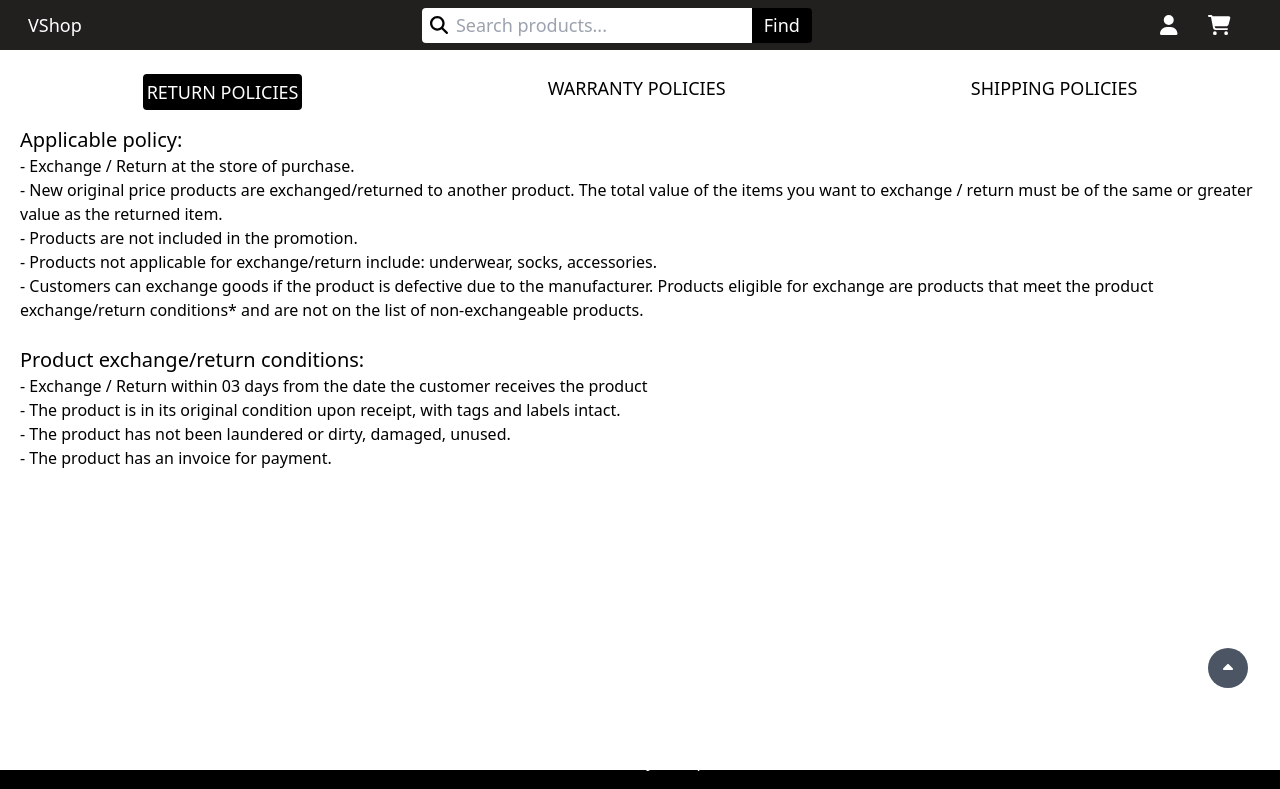
Repository: Kith933UTH/VSHOP
Page: /return-policy
These files come from the project's save history. The page is drawn as it stood at one moment and after the next save; the edit follows.
The browser window is 1280 px wide. The pictures show the whole page.
Pictures or frames that could not be fetched are drawn as grey boxes. The page's requests for data from a server got no answer. The project was rebuilt for these pictures with package versions that can differ from the ones it lists, and the page was loaded fresh each time. No one was signed in, and anything a server would have sent is missing. Also part of the build but not shown: src/components/product-item/ProductItem.js, src/components/loader/Loader.js, src/constants/constants.js, src/components/product-filters/Category.js, src/components/product-filters/Price.js, src/components/product-filters/Rating.js, src/components/product-filters/ProductFilters.js, src/components/cart-shopping/CartEmpty.js and 16 more.

Above is the page before, as saved 2023-08-02 16:18:58.

### public/index.html
<!DOCTYPE html>
<html lang="en">
  <head>
    <meta charset="utf-8" />
    <link rel="icon" href="./logo.png" />
    <meta name="viewport" content="width=device-width, initial-scale=1" />
    <meta name="theme-color" content="#000000" />
    <meta
      name="description"
      content="Web site created using create-react-app"
    />
    <link rel="apple-touch-icon" href="%PUBLIC_URL%/logo192.png" />
    <!--
      manifest.json provides metadata used when your web app is installed on a
      user's mobile device or desktop. See https://developers.google.com/web/fundamentals/web-app-manifest/
    -->
    <link rel="manifest" href="%PUBLIC_URL%/manifest.json" />
    <!--
      Notice the use of %PUBLIC_URL% in the tags above.
      It will be replaced with the URL of the `public` folder during the build.
      Only files inside the `public` folder can be referenced from the HTML.

      Unlike "/favicon.ico" or "favicon.ico", "%PUBLIC_URL%/favicon.ico" will
      work correctly both with client-side routing and a non-root public URL.
      Learn how to configure a non-root public URL by running `npm run build`.
    -->
    <title>VShop</title>
  </head>
  <body>
    <noscript>You need to enable JavaScript to run this app.</noscript>
    <div id="root"></div>
  </body>
</html>

### src/index.js
import React from 'react'
import ReactDOM from 'react-dom/client'
import App from './App'
import {Provider} from "react-redux"
import {BrowserRouter} from "react-router-dom"
import {store} from "./redux"
import './index.css'

const root = ReactDOM.createRoot(document.getElementById('root'))
root.render(
    <Provider store={store}>
        <BrowserRouter>
            <App />
        </BrowserRouter>
    </Provider>
)

### src/App.js
import React from "react"
import { useState } from "react"
import {Context} from "./context/context"
import {Route, Routes} from "react-router-dom"
import {HomePage} from "./pages/HomePage"
import {ProductOverView} from "./pages/ProductOverView"
import {Header} from "./components/header/Header"
import {Footer} from "./components/footer/Footer"
import {BtnScroll} from "./components/btn-scroll/BtnScroll"
import { LoginPage } from "./components/login/LoginPage"
import { RegisterPage } from "./components/login/RegisterPage"
import { PrivatePage } from "./pages/PrivatePage"
import { ProductOverViewPrivate } from "./pages/ProductOverViewPrivate"
import { ReturnPolicy } from "./components/policy/ReturnPolicy"
import { WarrantyPolicy } from "./components/policy/WarrantyPolicy"
import { ShippingPolicy } from "./components/policy/ShippingPolicy"
import { AdminPage } from "./pages/AdminPage"
export default function App() {
    const productId = {id: 0}
    return (
        <main>
            <Context.Provider value={productId}>
                {/* <Header /> */}
                <Routes>
                    <Route path='/private' element={ <PrivatePage /> }/>
                    <Route path='/' element={ <HomePage /> }/>
                    <Route path='/products/:id' element={ <ProductOverView /> }/>
                    <Route path='/private/private/products/:id' element={ <ProductOverViewPrivate /> }/>
                    <Route path="/login" element={ <LoginPage /> } />
                    <Route path="/register" element={ <RegisterPage /> } />
                    <Route path="/return-policy" element={ <ReturnPolicy /> } />
                    <Route path="/warranty-policy" element={ <WarrantyPolicy /> } />
                    <Route path="/shipping-policy" element={ <ShippingPolicy /> } />
                    <Route path="/admin" element={ <AdminPage /> } />
                </Routes>
                <BtnScroll />
                <Footer/>
            </Context.Provider>
        </main>
    )
}

### src/redux/index.js
import {configureStore} from "@reduxjs/toolkit"
import {productsApi} from "./products/products.api"
import {productReducer} from "./products/products.slice"
import {setupListeners} from "@reduxjs/toolkit/query"

export const store = configureStore({
    reducer: {
        [productsApi.reducerPath]: productsApi.reducer,
        product: productReducer
    },
    middleware: getDefaultMiddleware => getDefaultMiddleware().concat(productsApi.middleware)
})

setupListeners(store.dispatch)

### src/index.css
@tailwind base;
@tailwind components;
@tailwind utilities;

@layer utilities {
    input[type="number"]::-webkit-inner-spin-button,
    input[type="number"]::-webkit-outer-spin-button {
        @apply appearance-none;
    }
}

html, body {
    width: 100%;
    height: 100%;
}

body::-webkit-scrollbar,
.box-item::-webkit-scrollbar,
.search-box::-webkit-scrollbar{
    width: 8px;
}

main {
    display: flex;
    flex-direction: column;
    height: 100%;
}

body::-webkit-scrollbar-thumb,
.box-item::-webkit-scrollbar-thumb,
.search-box::-webkit-scrollbar-thumb{
    background-color: #ccc;
    border-radius: 20px;
}

#root {
    height: 100%;
}

body {
    overflow: hidden;
}

.productItem:hover {
    transition: opacity .3s linear;
    opacity: .5;
}

.box-item {
    height: 320px;
    overflow-y: scroll;
}

/* Loader */
.loader-box {
    width: 100px;
    height: 100px;
    display: flex;
    justify-content: center;
    align-items: center;
    margin: 50px auto 0;
}

.loader{
    position: relative;
    width: 70px;
    height: 70px;
}

.loader span {
    position: absolute;
    top:0;
    left: 0;
    width: 100%;
    height: 100%;
    transform: rotate(calc(18deg * var(--i)));
}

.loader span::before {
    content:'';
    position: absolute;
    top: 0;
    left: 0;
    width: 10px;
    height: 10px;
    background: #000;
    border-radius: 50%;
    transform: scale(0);
    animation: animate 2s linear infinite;
    animation-delay: calc(0.1s * var(--i));
}
@keyframes animate {
    0%{
        transform: scale(0);
    }
    10%{
        transform: scale(1.2);
    }
    80%,100%{
        transform: scale(0);
    }
}

### src/context/context.js
import {createContext} from "react"

export const Context = createContext()

### src/components/footer/Footer.js
import React from "react"
import { Contact } from "../contact/Contact"
import { Policy } from "../policy/Policy"
export function Footer() {
    return (
        <footer className='bg-black text-white in-h-fit'>
            {/* <div className='max-w-[1240px] mx-auto py-2 text-sm sm:text-base'>
                <div className='flex justify-center'>
                    <a href='https://github.com/VolodymyrGoshko/react-shop'
                       target='_blank'
                       rel="noreferrer"
                       className='capitalize border-b mb-3 text-base hover:text-gray-300 transition'
                    >
                        view source code on github
                    </a>
                </div>
                <div className='flex justify-center flex-col items-center'>
                    <p className='text-center'>© Copyright 2022 React Shop | All Rights Reserved</p>
                    <a href='https://www.linkedin.com/in/volodymyr-goshko-656ab920b/'
                       target="_blank"
                       rel="noreferrer"
                       className='hover:text-gray-300 transition'
                    >
                        Created by Volodymyr Goshko
                    </a>
                </div>
            </div> */}
            <Contact />
            <Policy />
            <div className='flex justify-center flex-col items-center my-4'>
                    <p className='text-center'>© Copyright 2023 VShop | All Rights Reserved</p>
                    <a href='#' className='hover:text-gray-300 transition' >
                        Created by VShop
                    </a>
                </div>
        </footer>
    )
}

### src/components/btn-scroll/BtnScroll.js
import React from "react"
import {FontAwesomeIcon} from "@fortawesome/react-fontawesome"
import {faCaretUp} from "@fortawesome/free-solid-svg-icons"

export function BtnScroll() {
    const topClick = () => {
        const body = document.querySelector('body').getBoundingClientRect().top + window.scrollY
        window.scroll({
            top: body,
            behavior: 'smooth'
        })
    }

    return (
        <button
            className='fixed bottom-8 right-4 bg-gray-600 text-white rounded-full w-[30px] h-[30px] md:w-[40px] md:h-[40px] md:right-8 md:bottom-8 z-20 shadow-gray-600'
            onClick={topClick}
        >
            <FontAwesomeIcon icon={faCaretUp}/>
        </button>
    )
}

### src/components/policy/ReturnPolicy.js
import React from "react"
import { Link } from "react-router-dom"
import { Header } from "../header/Header"
import { Policy } from "./Policy"
export function ReturnPolicy() {
    return (
        <>
            <Header />

            <div className='bg-white in-h-fit mx-auto py-2 text-sm sm:text-base min-h-screen fixed z-10 inset-x-0 inset-y-0 mt-[50px] flex justify-center'>
            <div className="max-w-[1240px] mt-4">
                <div className="flex justify-around ">
                <Link className='text-lg font-medium rounded p-1 bg-black text-white' to='/return-policy'>
                    RETURN POLICIES
                </Link>
                <Link className='text-lg font-medium' to='/warranty-policy'>
                    WARRANTY POLICIES
                </Link>
                <Link className='text-lg font-medium' to='/shipping-policy'>
                    SHIPPING POLICIES
                </Link>
                </div>
                <div className="font-medium text-xl mt-[16px]">
                    Applicable policy:
                </div>
                - Exchange / Return at the store of purchase.
                <br />
                - New original price products are exchanged/returned to another product. The total value of the items you want to exchange / return must be of the same or greater value as the returned item.
                <br />
                - Products are not included in the promotion.
                <br />
                - Products not applicable for exchange/return include: underwear, socks, accessories.
                <br />
                - Customers can exchange goods if the product is defective due to the manufacturer. Products eligible for exchange are products that meet the product exchange/return conditions* and are not on the list of non-exchangeable products.
                <br />
                <br />

                <div className="font-medium text-xl">
                    Product exchange/return conditions:
                </div>
                - Exchange / Return within 03 days from the date the customer receives the product
                <br />
                - The product is in its original condition upon receipt, with tags and labels intact.
                <br />
                - The product has not been laundered or dirty, damaged, unused.
                <br />
                - The product has an invoice for payment.
            </div>
            </div>
        </>
    )
}

### src/redux/products/products.api.js
import {createApi, fetchBaseQuery} from "@reduxjs/toolkit/query/react"

export const productsApi = createApi({
    reducerPath: 'products/api',
    baseQuery: fetchBaseQuery({
        baseUrl: 'https://fakestoreapi.com'
    }),
    // refetchOnFocus: true,
    endpoints: build => ({
        getProductsAll: build.query({
            query:() => ({
                url: '/products'
            })
        }),
        getProductById: build.query({
            query:(id) => ({
                url: `/products/${id}`
            })
        }),
        getProductByCategory: build.query({
            query:(category) => ({
                url: `/products/category/${category}`
            })
        })
    })
})

export const {
    useGetProductsAllQuery,
    useGetProductByIdQuery,
    useGetProductByCategoryQuery
} = productsApi

### src/redux/products/products.slice.js
import {createSlice} from "@reduxjs/toolkit"

const productsSlice = createSlice({
    name: 'products',
    initialState: {
        cart: [],
        btnCart: null,
        filters: {},
        search: false,
        searchFilterProducts: null
    },
    reducers: {
        clearCart(state, action) {
            state.cart = state.cart.slice(0, action.payload)
        },
        addProductToCart(state, action) {
            state.cart.push({...action.payload, quantity: 1})
        },
        incrementProductInCart(state, action) {
            const item = state.cart.find(item => item.id === action.payload)
            item.quantity++
        },
        decrementProductInCart(state, action) {
            const item = state.cart.find(item => item.id === action.payload)
            if (item.quantity === 1) {
                item.quantity = 1
            } else {
                item.quantity--
            }
        },
        toggleBtnCart(state, action) {
            state.btnCart = action.payload
        },
        removeItemFromCart(state, action) {
            state.cart = state.cart.filter(el => el.id !== action.payload)
        },
        filtersProductsByCategory(state, action) {
            state.filters = action.payload
        },
        toggleSearchForm(state, action) {
            state.search = action.payload
        },
        setSearchFilterProducts(state, action) {
            state.searchFilterProducts = action.payload
        }
    },
})

export const productReducer = productsSlice.reducer
export const {
    clearCart,
    addProductToCart,
    incrementProductInCart,
    decrementProductInCart,
    toggleBtnCart,
    removeItemFromCart,
    filtersProductsByCategory,
    toggleSearchForm,
    setSearchFilterProducts
} = productsSlice.actions

### src/components/policy/Policy.js
import React from "react"
import { Link } from "react-router-dom"
export function Policy() {
    return (
        <div className='text-white in-h-fit max-w-[1240px] mx-auto py-2 text-sm sm:text-base flex justify-around items-cente'>
            <Link className='text-lg font-medium text-center' to='/return-policy'>
                RETURN POLICIES
            </Link>
            <Link className='text-lg font-medium text-center' to='/warranty-policy'>
                WARRANTY POLICIES
            </Link>
            <Link className='text-lg font-medium text-center' to='/shipping-policy'>
                SHIPPING POLICIES
            </Link>
        </div>
    )
}

### src/hooks/debounce.js
import {useEffect, useState} from "react"

export function useDebounce(value, delay = 300) {
    const [debounced, setDebounced] = useState(value)

    useEffect(() => {
        const handler = setTimeout(() => setDebounced(value), delay)
        return () => clearTimeout(handler)
    }, [value, delay])

    return debounced
}

### src/components/contact/index.css
.contact-section {
    /* height: 96vh; */
    width: 100%;
    border-bottom: 1px solid #999;
}

.form-area {
    position: relative;
    height:90vh;
    width: 100%;
    background: black;
    -webkit-box-sizing: border-box;
    box-sizing: border-box;
}

.form-area .form-wrap {
    position: absolute;
    left: 50%;
    -webkit-transform: translateX(-50%);
    -ms-transform: translateX(-50%);
    transform: translateX(-50%);
    width: 1120px;
    background-color: white;
    background-size: cover;
    background-position: center;
    border-radius: 0.2rem;
    -webkit-box-sizing: border-box;
    box-sizing: border-box;
    -webkit-box-shadow: 0 0 0.4rem 0 #999;
    box-shadow: 0 0 0.4rem 0 #999;
}

.form-wrap .title {
    padding-top: 2.4rem;
    width: 100%;
    -webkit-box-sizing: border-box;
    box-sizing: border-box;
}

.form-wrap .title h1 {
    color: black;
    font-size: 2.6rem;
    text-align: center;
}

.form-wrap .contact-area {
    padding-top: 3rem;
    display: -webkit-box;
    display: -ms-flexbox;
    display: flex;
    width: 100%;
    height: auto;
    -webkit-box-sizing: border-box;
    box-sizing: border-box;
}

.contact-area .contact-info {
    display: flex;
    flex-direction: column;
    justify-content: center;
    align-items: center;
    width: 35%;
    height: 100%;
    margin-left: 6rem;
}

.contact-info>div {
    margin-bottom: 1rem;
    display: -webkit-box;
    display: -ms-flexbox;
    display: flex;
    -webkit-box-align: center;
    -ms-flex-align: center;
    align-items: center;
}

.contact-info>div>p {
    color: #333;
    font-size: 1.4rem;
    font-weight: 500;
    text-align: center;
}

.contact-info>div>span {
    color: #61790a;
    font-size: 2rem;
    margin-right: 0.8rem;
}

.contact-area .contact-form {
    display: -webkit-box;
    display: -ms-flexbox;
    display: flex;
    -webkit-box-orient: vertical;
    -webkit-box-direction: normal;
    -ms-flex-direction: column;
    flex-direction: column;
    width: 60%;
    height: auto;
    padding: 0 3rem;
    -webkit-box-sizing: border-box;
    box-sizing: border-box;
}

.contact-form .name-field {
    display: -webkit-box;
    display: -ms-flexbox;
    display: flex;
    -webkit-box-pack: justify;
    -ms-flex-pack: justify;
    justify-content: space-between;
}

.name-field .input-area {
    width: 48%;
}

.contact-form .input-area {
    position: relative;
    margin-bottom: 2rem;
}

.input-area input {
    height: 3rem;
    width: 100%;
    color: #333;
    font-size: 1.2rem;
    border: 2px solid #fff;
    border-radius: 0.2rem;
    /* background: #eff; */
    -webkit-box-shadow: 0 0 0.1rem #666;
    box-shadow: 0 0 0.1rem #666;
    outline: none;
    padding: 0 1rem;
    -webkit-box-sizing: border-box;
    box-sizing: border-box;
    -webkit-transition: all 0.3s ease;
    -o-transition: all 0.3s ease;
    transition: all 0.3s ease;
}

.input-area label {
    position: absolute;
    top: 50%;
    left: 1rem;
    -webkit-transform: translateY(-50%);
    -ms-transform: translateY(-50%);
    transform: translateY(-50%);
    color: #333;
    font-size: 1.2rem;
    font-weight: 500;
    -webkit-transition: all 0.3s ease;
    -o-transition: all 0.3s ease;
    transition: all 0.3s ease;
}

.input-area input:focus~label,
.input-area input:valid~label {
    top: -0.8rem;
    left: 0;
    color: #fff;
    background: #111;
    border-radius: 5px;
    padding: 0.2rem;
    font-size: 1rem;
}

.contact-form .message-area {
    position: relative;
    -webkit-box-flex: 1;
    -ms-flex: 1 1 auto;
    flex: 1 1 auto;
    height: 200px;
    width: 100%;
}

.message-area textarea {
    height: 100%;
    width: 100%;
    border: 2px solid #fff;
    outline: none;
    font-size: 1.2rem;
    padding: 1rem;
    color: #333;
    -webkit-box-sizing: border-box;
    box-sizing: border-box;
    -webkit-box-shadow: 0 0 0.1rem #666;
    box-shadow: 0 0 0.1rem #666;
    border-radius: 0.2rem;
    resize: vertical;
    -webkit-transition: all 0.3s ease;
    -o-transition: all 0.3s ease;
    transition: all 0.3s ease;
}

.message-area label {
    position: absolute;
    color: #333;
    font-weight: 500;
    font-size: 1.2rem;
    top: 1rem;
    left: 1rem;
    -webkit-transition: all 0.3s ease;
    -o-transition: all 0.3s ease;
    transition: all 0.3s ease;
}

.message-area textarea:focus~label,
.message-area textarea:valid~label {
    top: -1.6rem;
    left: 0;
    color: #fff;
    padding: 0.2rem;
    background: #111;
    font-size: 1rem;
}

.contact-form .btn {
    margin-top: 1.8rem;
}

.contact-form .btn button {
    height: 3.2rem;
    width: 8rem;
    border: none;
    outline: none;
    color: #fff;
    font-size: 1.2rem;
    background: black;
    border-radius: 0.1rem;
    cursor: pointer;
}

#contact.menu-active {
    padding-top: 2rem;
}

### src/components/contact/reponsive.css
@media screen and (min-width: 940px) and (max-width: 1360px) {
    /* .contact-section {
        height: 107vh;
    } */
    .form-area .form-wrap {
        width: 90%;
        height: 620px;
    }
}

@media screen and (max-width: 1040px) {
    .contact-area .contact-info {
        margin-left: 0;
        display: flex;
        flex-direction: column;
        justify-content: center;
        align-items: center;
    }

    .contact-area .contact-form {
        padding: 0 1.8rem;
    }

}



@media screen and (max-width: 940px) {
    /* .contact-section {
        height: 148vh;
    } */

    .form-area .form-wrap {
        padding-bottom: 3.6rem;
        width: 80%;
        height: auto;
    }

    .form-wrap .contact-area {
        -webkit-box-orient: vertical;
        -webkit-box-direction: normal;
        -ms-flex-direction: column;
        flex-direction: column;
        -webkit-box-pack: center;
        -ms-flex-pack: center;
        justify-content: center;
    }

    .contact-area .contact-info {
        width: 100%;
    }

    .contact-area .contact-form {
        width: 100%;
        padding: 1rem 4rem 0 4rem;
    }
}

/*
@media screen and (max-width: 836px) {
    .contact-section {
        min-height: 96vh;
    }
} */

@media screen and (max-width: 770px) {
    .contact-section {
        height: 1100px;
    }

    .form-area .form-wrap {
        width: 88%;
        height: auto;
    }
}

@media screen and (max-width: 680px) {
    .contact-section {
        height: 1100px;
    }


    .form-area .form-wrap {
        /* top: -82%; */
        width: 88%;
        height: auto;
    }

}


@media screen and (max-width: 490px) {
    .contact-section {
        height: 1100px;
    }

    .contact-area .contact-info {
        width: 88%;
        margin-left: 1.2rem;
    }

    .form-area .form-wrap {
        /* top: -82%; */
        width: 88%;
        height: auto;
    }

    .contact-info>div>p {
        font-size: 1.2rem;
    }

    .contact-area .contact-form {
        margin-top: 1.4rem;
        padding: 0 1.2rem;
    }

}

@media screen and (max-width: 390px) {
    .contact-section {
        height: 1130px;
    }

    .contact-area .contact-info {
        width: 80%;
        /* margin-left: 1.2rem; */
    }

    .form-area .form-wrap {
        width: 90%;
        height: auto;
    }

    .contact-info>div>p {
        font-size: 1.2rem;
    }

    .contact-area .contact-form {
        width: 100%;
        padding: 1rem 1rem 0 1rem;
    }
}


@media screen and (max-width: 340px) {
    .contact-section {
        height: 980px;
    }

    .form-area .form-wrap {
        top: -86%;
        width: 96%;
    }

    .contact-area  {
        width: 100%;
    }

    .contact-area .contact-info {
        width: 100%;
        margin-left: 1rem;
    }

    .form-wrap .title h1 {
        font-size: 2rem;
    }

    .contact-info>h2 {
        font-size: 1.6rem;
    }

    .contact-info>div>p {
        font-size: 1rem;
    }

    .contact-info>div>span {
        font-size: 1.2rem;
    }

    .input-area label {
        font-size: 1rem;
    }

    .message-area label {
        font-size: 1rem;
    }

}

Loaded but not shown: tailwind.config.js (common file); src/components/search/Search.js (103 lines, source omitted); src/components/contact/Contact.js (66 lines, source omitted); src/components/header/Header.js (58 lines, source omitted)

After the next save:
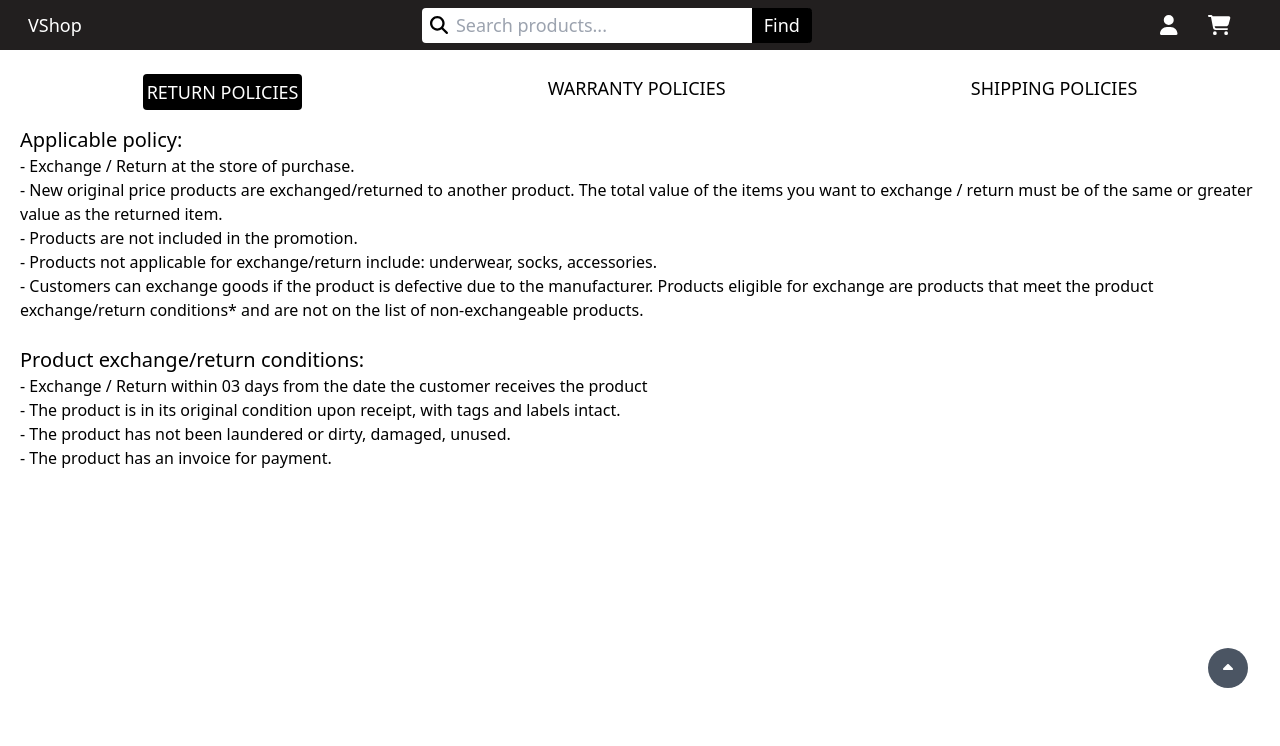
Saved 20 s later.
--- a/src/components/contact/index.css
+++ b/src/components/contact/index.css
@@ -6,7 +6,7 @@
 
 .form-area {
     position: relative;
-    height:90vh;
+    height:84vh;
     width: 100%;
     background: black;
     -webkit-box-sizing: border-box;
